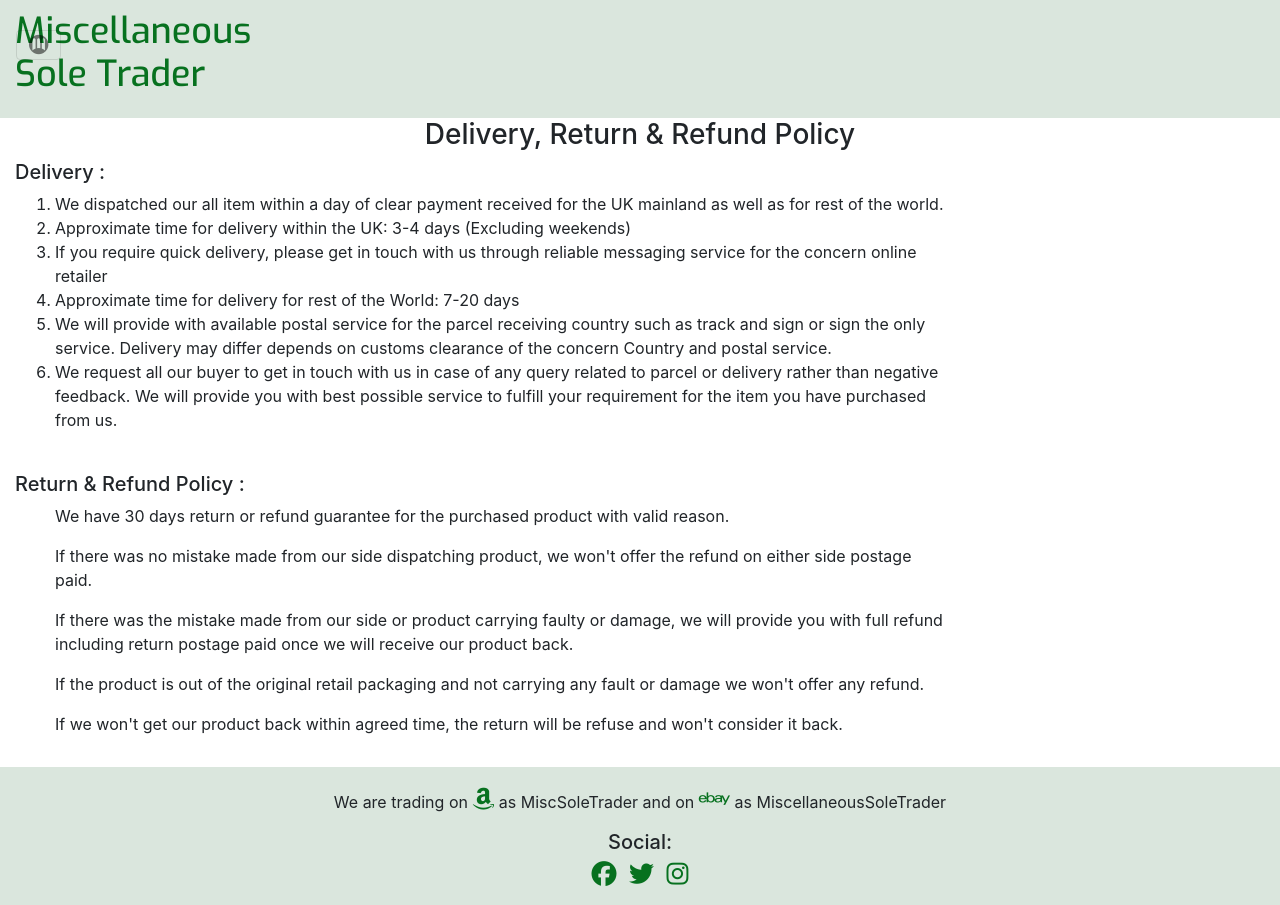
Repository: Code-Institute-Submissions/MilestoneProjectMST
Page: delretref.html
The author's editor kept a record of every edit. The page is drawn from the files as they stood at one moment, then again after the next edit.
The browser window is 1280 px wide. The pictures show the whole page.
Some web libraries are served in a nearby version.

Above is the page before.
Console error: TypeError: Cannot read properties of undefined (reading 'fn')

### delretref.html
<!DOCTYPE html>
<html lang="en">

<head>
    <meta charset="UTF-8">
    <meta name="viewport" content="width=device-width, initial-scale=1.0">
    <meta http-equiv="X-UA-Compatible" content="ie=edge">
    <link rel="stylesheet" href="support/style.css" type="text/css" />
    <link rel="stylesheet" href="https://stackpath.bootstrapcdn.com/bootstrap/4.3.1/css/bootstrap.min.css" integrity="sha384-ggOyR0iXCbMQv3Xipma34MD+dH/1fQ784/j6cY/iJTQUOhcWr7x9JvoRxT2MZw1T" crossorigin="anonymous">
    <script src="https://stackpath.bootstrapcdn.com/bootstrap/4.3.1/js/bootstrap.min.js" integrity="sha384-JjSmVgyd0p3pXB1rRibZUAYoIIy6OrQ6VrjIEaFf/nJGzIxFDsf4x0xIM+B07jRM" crossorigin="anonymous"></script>
    <script src="https://kit.fontawesome.com/011e87d520.js"></script>
    <link rel="stylesheet" href="https://cdnjs.cloudflare.com/ajax/libs/hover.css/2.3.1/css/hover-min.css" type="text/css" />
    <title>MiscSoleTrader</title>
</head>

<body>
    <header class="header-background navalert-container">
        <div class="row no-gutters">
            <a href="index.html" class="col">
                <h1 class="hdr-title-color">Miscellaneous<br> Sole Trader</h1>
            </a>
            <div>
                <nav class="navbar navbar-light nav-background fixed-top">
                    <button class="navbar-toggler" type="button" data-toggle="collapse" data-target="#navbarSupportedContent" aria-controls="navbarSupportedContent" aria-expanded="false" aria-label="Toggle navigation">
                        <i class="fab fa-mizuni"></i>
                    </button>
                    <div class="collapse navbar-collapse" id="navbarSupportedContent">
                        <ul class="nav navbar-nav">
                            <li class="nav-item active mr-2">
                                <a class="nav-link" href="index.html">Products<span class="sr-only">(current)</span></a>
                            </li>
                            <li class="nav-item mr-2">
                                <a class="nav-link" href="about.html">About Us</a>
                            </li>
                            <li class="nav-item mr-2">
                                <a class="nav-link" href="contact.html">Contact Us</a>
                            </li>
                            <li class="nav-item mr-2">
                                <a class="nav-link" href="delretref.html" title="Return & Refund">R & R</a>
                            </li>
                        </ul>
                        <!--<form class="form-inline d-none d-lg-block my-2 my-lg-0">-->
                        <!--    <input class="form-control mr-sm-2" type="search" placeholder="Search" aria-label="Search">-->
                        <!--    <button class="btn btn-outline-success my-2 my-sm-0" type="submit">Search</button>-->
                        <!--</form>-->
                    </div>
                </nav>
            </div>
        </div>
    </header>

    <section class="main-background container-fluid" id="container">
        <div class="row" id="main">
            <div class="col delretref-heading text-center">
                <h3 class="uppercase">Delivery, Return & Refund Policy</h3>
            </div>
        </div>
        <div class="row no-gutter" id="main">
            <!--<div class="col-xl-3">-->

            <!--</div>-->
            <div class="col-xl-9 delretref-text">
                <h5 class="delretref-caption">Delivery : </h5>
                <ol>
                    <li>We dispatched our all item within a day of clear payment received for the UK mainland as well as for rest of the world.</li>
                    <li>Approximate time for delivery within the UK: 3-4 days (Excluding weekends)</li>
                    <li>If you require quick delivery, please get in touch with us through reliable messaging service for the concern online retailer</li>
                    <li>Approximate time for delivery for rest of the World: 7-20 days</li>
                    <li>We will provide with available postal service for the parcel receiving country such as track and sign or sign the only service. Delivery may differ depends on customs clearance of the concern Country and postal service.</li>
                    <li>We request all our buyer to get in touch with us in case of any query related to parcel or delivery rather than negative feedback. We will provide you with best possible service to fulfill your requirement for the item you have purchased
                        from us.</li>
                </ol>
                <br>
                <h5 class="delretref-caption">Return & Refund Policy : </h5>
                <ol>
                <p>We have 30 days return or refund guarantee for the purchased product with valid reason.</p>
                <p>If there was no mistake made from our side dispatching product, we won't offer the refund on either side postage paid.</p>
                <p>If there was the mistake made from our side or product carrying faulty or damage, we will provide you with full refund including return postage paid once we will receive our product back.</p>
                <p>If the product is out of the original retail packaging and not carrying any fault or damage we won't offer any refund.</p>
                <p>If we won't get our product back within agreed time, the return will be refuse and won't consider it back.</p>
                </ol>
            </div>

            <!--<div class="col-xl-3">-->

            <!--</div>-->

        </div>

    </section>
    <footer class="fixed-footer container-fluid footer-container">
        <div id="footer-details" class="row footer-text">
            <div class="col-sm col-md col-lg">
                <p class="inline-block">
                    We are trading on <i class="fab fa-amazon"></i> as MiscSoleTrader and on <i class="fab fa-ebay"></i> as MiscellaneousSoleTrader
                </p>
                <!--</div>-->

                <!--<div class="col-sm-6 col-md-6">-->
                <h5 class="uppercase general-sub">Social: </h5>
                <ul class="list-inline social-links">
                    <li class="list-inline-item">
                        <a target="_blank" href="#" title="Miscellaneous Sole Trader">
                            <i class="fab fa-facebook" aria-hidden="true"></i>
                            <span class="sr-only">Facebook</span>
                        </a>
                    </li>
                    <li class="list-inline-item">
                        <a target="_blank" href="#">
                            <i class="fab fa-twitter" aria-hidden="true"></i>
                            <span class="sr-only">Twitter</span>
                        </a>
                    </li>
                    <li class="list-inline-item">
                        <a target="_blank" href="#" title="misc_sole_trade">
                            <i class="fab fa-instagram" aria-hidden="true"></i>
                            <span class="sr-only">Instagram</span>
                        </a>
                    </li>
                </ul>
            </div>
        </div>
    </footer>
    <script src="https://code.jquery.com/jquery-3.3.1.slim.min.js " integrity="sha384-q8i/X+965DzO0rT7abK41JStQIAqVgRVzpbzo5smXKp4YfRvH+8abtTE1Pi6jizo " crossorigin="anonymous "></script>
    <script src="https://cdnjs.cloudflare.com/ajax/libs/popper.js/1.14.7/umd/popper.min.js " integrity="sha384-UO2eT0CpHqdSJQ6hJty5KVphtPhzWj9WO1clHTMGa3JDZwrnQq4sF86dIHNDz0W1 " crossorigin="anonymous "></script>
    <script src="https://stackpath.bootstrapcdn.com/bootstrap/4.3.1/js/bootstrap.min.js " integrity="sha384-JjSmVgyd0p3pXB1rRibZUAYoIIy6OrQ6VrjIEaFf/nJGzIxFDsf4x0xIM+B07jRM " crossorigin="anonymous "></script>
</body>

</html>

### support/style.css
@import url('https://fonts.googleapis.com/css?family=Roboto:100,200,300,400,500,600,700|Exo:100,200,300,400,500,600,700|Abel:100,200,300,400,500,600,700');

/*--------------------------------------------------------------------------Header--*/

/*--------------------------------------------------Title--*/

header {
    margin: 0;
}

.hdr-title-color {
    font-family: "Exo",sans-serif;
    font-size: 36px;
    color: #07711f;
    /*background-color: #dae6dd;*/
    text-align: left;
    width: 100%;
    min-height: 90px;
    padding-left: 5px;
    text-decoration: none;
    /*padding-top: 5px;*/
}

.nav-background {
    min-height: 90px;
}

.header-background {
    background-color: #dae6dd;
    padding: 10px;
}

.navbar {
    align-items: right;
}

/*--------------------------------------------------------------------------Footer--*/

.footer-text {
    text-align: center;
    background-color: #dae6dd;
    margin-top: 15px;
    padding-top: 20px;
}

.footer-text i {
    color: #07711f;
    font-size: 25px;
    /*margin-top: 15px;*/
    /*padding-top: 20px;*/
}

/*--------------------------------------------------------------------Media Query--*/

@media (min-width: 920px)
.navbar-expand-md .navbar-nav {
    display: flex;
    flex-direction: column ;
}

After the next edit:
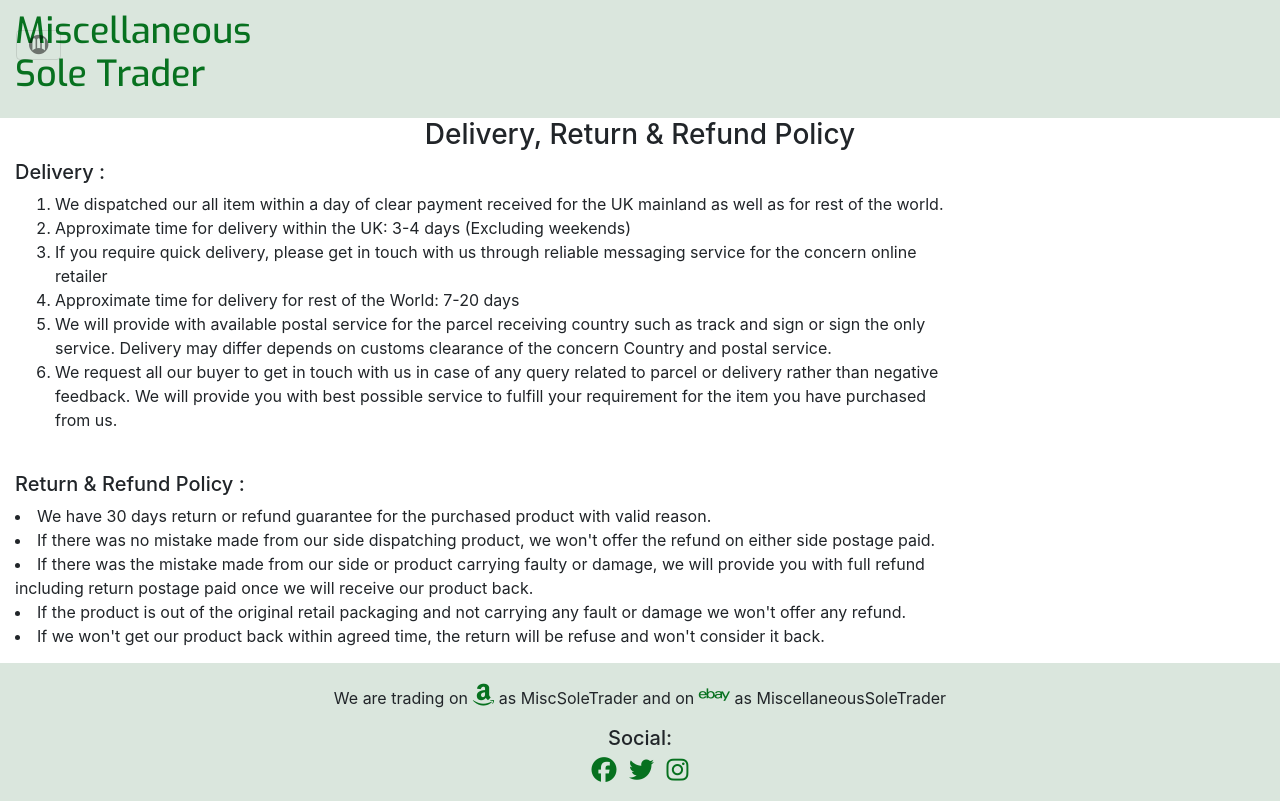
The edit:
--- a/delretref.html
+++ b/delretref.html
@@ -72,12 +72,12 @@
                 </ol>
                 <br>
                 <h5 class="delretref-caption">Return & Refund Policy : </h5>
-                <ol>
-                <p>We have 30 days return or refund guarantee for the purchased product with valid reason.</p>
-                <p>If there was no mistake made from our side dispatching product, we won't offer the refund on either side postage paid.</p>
-                <p>If there was the mistake made from our side or product carrying faulty or damage, we will provide you with full refund including return postage paid once we will receive our product back.</p>
-                <p>If the product is out of the original retail packaging and not carrying any fault or damage we won't offer any refund.</p>
-                <p>If we won't get our product back within agreed time, the return will be refuse and won't consider it back.</p>
+                <!--<ol>-->
+                <li>We have 30 days return or refund guarantee for the purchased product with valid reason.</li>
+                <li>If there was no mistake made from our side dispatching product, we won't offer the refund on either side postage paid.</li>
+                <li>If there was the mistake made from our side or product carrying faulty or damage, we will provide you with full refund including return postage paid once we will receive our product back.</li>
+                <li>If the product is out of the original retail packaging and not carrying any fault or damage we won't offer any refund.</li>
+                <li>If we won't get our product back within agreed time, the return will be refuse and won't consider it back.</li>
                 </ol>
             </div>
 
